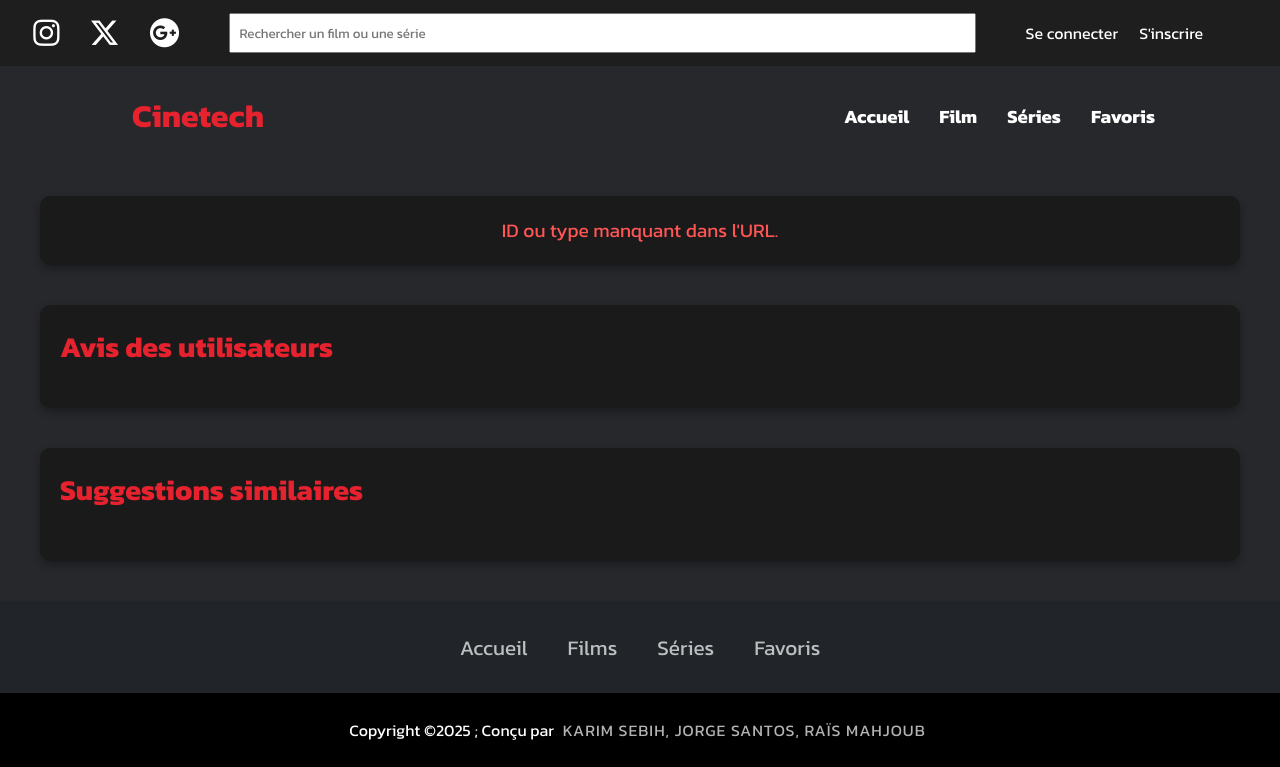
Repository: karim-sebih/cinetech
Page: pages/detail.html
The author's editor kept a copy of each file at every save. The page is drawn from the files as they stood at one save, then again after the next save.
The browser window is 1280 px wide. The pictures show the whole page.
Some web libraries are served in a nearby version.

Above is the page before, as saved 2025-04-25 11:44:03.

After the next save:
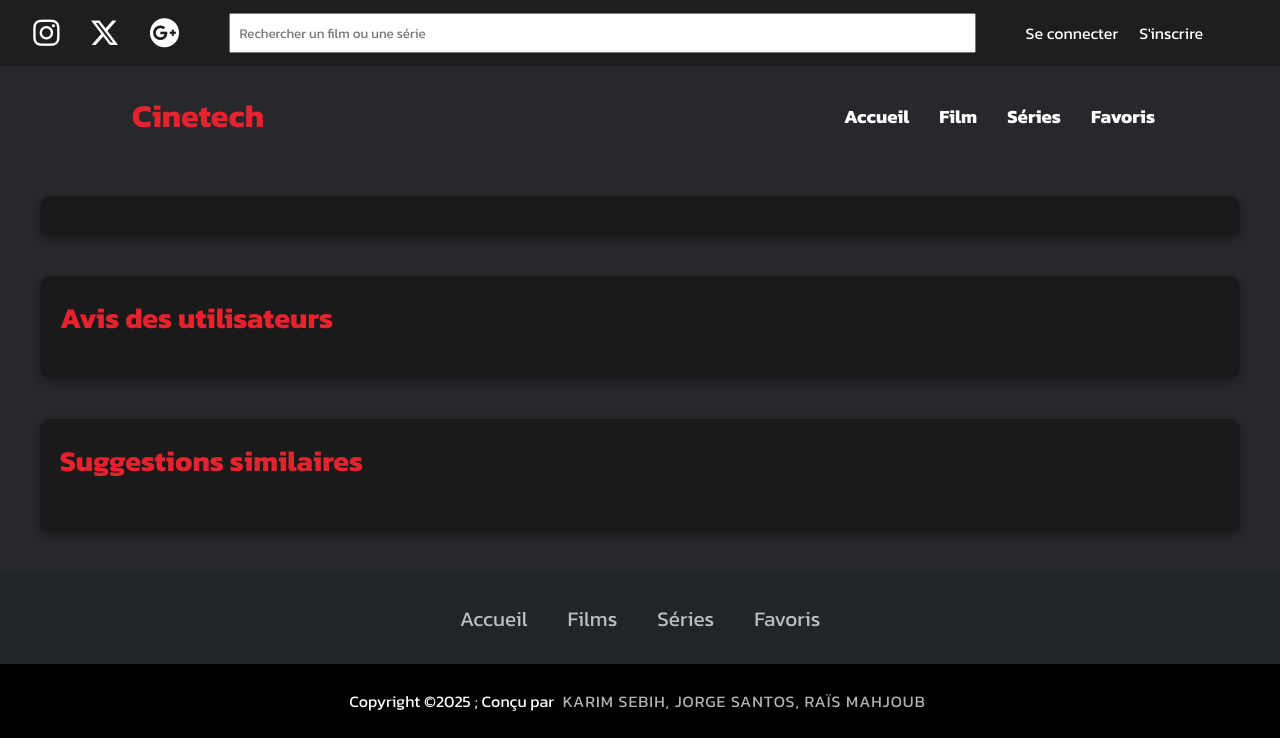
Console error: SyntaxError: Invalid or unexpected token
Saved 3 min 43 s later.
--- a/js/detail.js
+++ b/js/detail.js
@@ -24,8 +24,8 @@ document.addEventListener('DOMContentLoaded', async () => {
   try {
     // Déterminer l'endpoint en fonction du type (film ou série)
     const endpoint = type === 'movie'
-      ? `https://api.themoviedb.org/3/movie/${id}?append_to_response=credits&language=en-US`
-      : `https://api.themoviedb.org/3/tv/${id}?append_to_response=credits&language=en-US`;
+      ? `https://api.themoviedb.org/3/movie/${id}?append_to_response=credits&language=fr-FR`
+      : `https://api.themoviedb.org/3/tv/${id}?append_to_response=credits&language=fr-FR`;
 
     // Récupérer les détails
     const response = await fetch(endpoint, options);
@@ -51,10 +51,7 @@ document.addEventListener('DOMContentLoaded', async () => {
 function displayDetails(data, type) {
   const container = document.getElementById('details-container');
   if (!container) {
-    console.error('Conteneur de détails introuvable.');
-    return;
-  }
-
+    console.error(' -->
   // Préparer les données à afficher
   const title = type === 'movie' ? data.title : data.name;
   const releaseDate = type === 'movie' ? data.release_date : data.first_air_date;
@@ -95,8 +92,8 @@ async function fetchAndDisplayReviews(id, type) {
   try {
     // Déterminer l'endpoint pour les avis
     const reviewsEndpoint = type === 'movie'
-      ? `https://api.themoviedb.org/3/movie/${id}/reviews?language=fr-FR&page=1`
-      : `https://api.themoviedb.org/3/tv/${id}/reviews?language=fr-FR&page=1`;
+      ? `https://api.themoviedb.org/3/movie/${id}/reviews?language=en-US&page=1`
+      : `https://api.themoviedb.org/3/tv/${id}/reviews?language=en-US&page=1`;
 
     // Récupérer les avis
     const response = await fetch(reviewsEndpoint, options);
@@ -109,7 +106,7 @@ async function fetchAndDisplayReviews(id, type) {
     // Afficher les avis
     displayReviews(reviews);
   } catch (error) {
-    console.error('Erreur lors de la récupération des avis :', error);
+    console.error(`Erreur lors de la récupération des avis pour ${type} (ID: ${id}):`, error);
     const reviewsContainer = document.getElementById('reviews-list');
     if (reviewsContainer) {
       reviewsContainer.innerHTML = `<p class="error-message">Aucun avis disponible pour le moment.</p>`;
